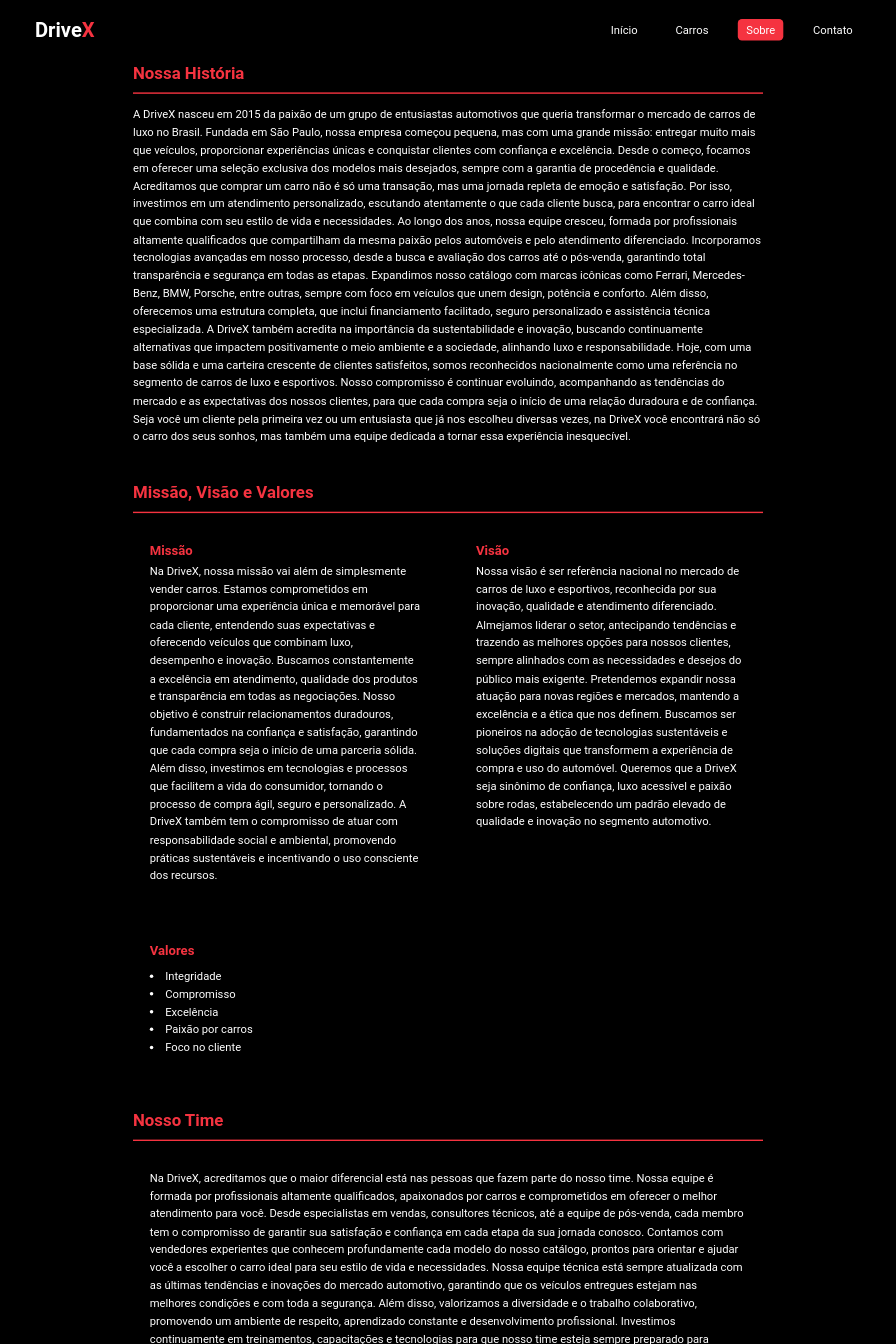
Repository: Mateushlp/DriveX
Page: sobre.html
The author's editor kept a copy of each file at every save. The page is drawn from the files as they stood at one save, then again after the next save.
The browser window is 1280 px wide. The pictures show the part of the page from y = 0 to 1920 px (the page is 3019 px tall), at 70% of full size.

Above is the page before, as saved 2025-06-24 22:46:55.

After the next save:
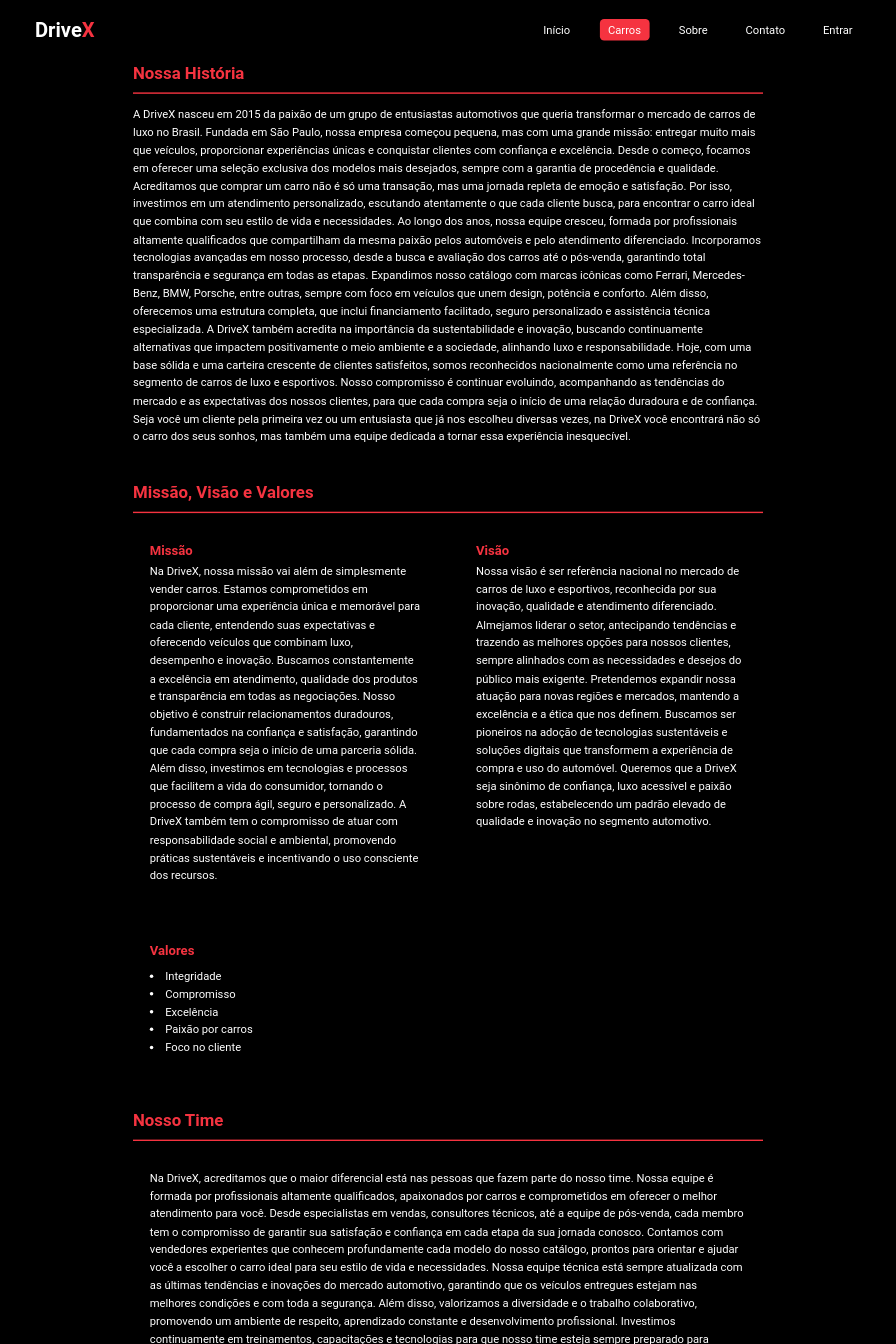
Saved 38 s later.
--- a/sobre.html
+++ b/sobre.html
@@ -8,17 +8,21 @@
 </head>
 <body>
   <header>
-    <div class="logo">
-      <a href="./index.html">Drive<span>X</span></div></a>
-    <nav>
-      <ul>
-        <li><a href="index.html">Início</a></li>
-        <li><a href="carros.html">Carros</a></li>
-        <li><a href="sobre.html" class="active">Sobre</a></li>
-        <li><a href="contato.html">Contato</a></li>
-      </ul>
-    </nav>
-  </header>
+  <div class="logo">
+    <a href="./index.html">Drive<span>X</span></a>
+  </div>
+  <nav>
+    <ul id="menu-principal">
+      <li><a href="index.html">Início</a></li>
+      <li><a href="carros.html" class="active">Carros</a></li>
+      <li><a href="sobre.html">Sobre</a></li>
+      <li><a href="contato.html">Contato</a></li>
+      <li id="link-login"><a href="login.html">Entrar</a></li>
+      <li id="link-area" style="display:none;"><a href="area-restrita.html">Área Restrita</a></li>
+      <li id="btn-logout" style="display:none;"><button>Sair</button></li>
+    </ul>
+  </nav>
+</header>
 
 
   <main class="container">
